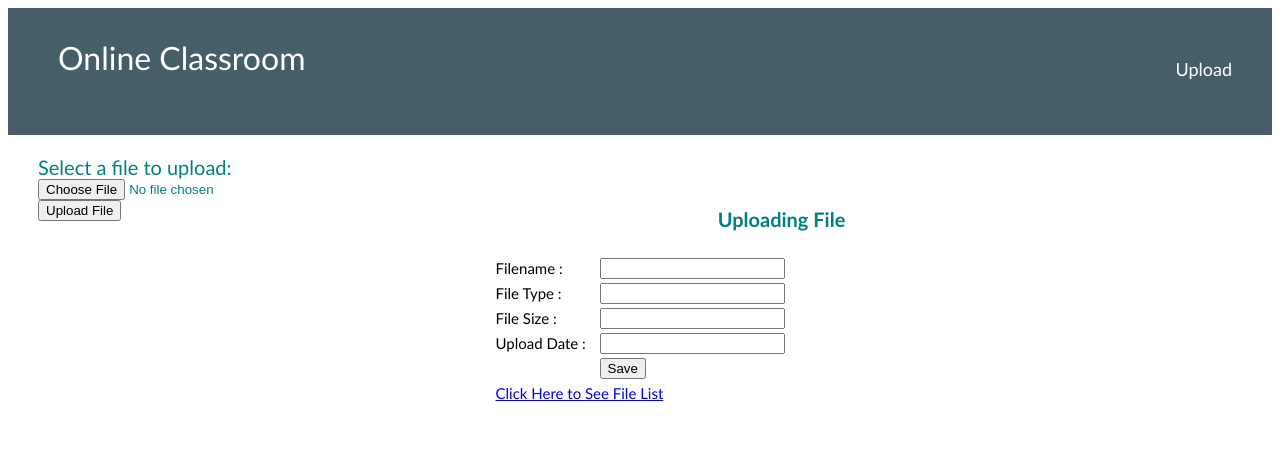
Repository: cs192-s2-2013/coffee
Page: http://localhost/BCOnlineClassroom/WEB-INF/jsp/upload.jsp
These files come from the project's save history. The page is drawn as it stood at one moment and after the next save; the edit follows.
The browser window is 1280 px wide. The pictures show the whole page.
The page is served by Tomcat 9. Nobody is signed in. The template is opened directly, without the code that normally fills it, so the values that code supplies are empty.

Above is the page before, as saved 2014-03-01 01:33:16.

After the next save:
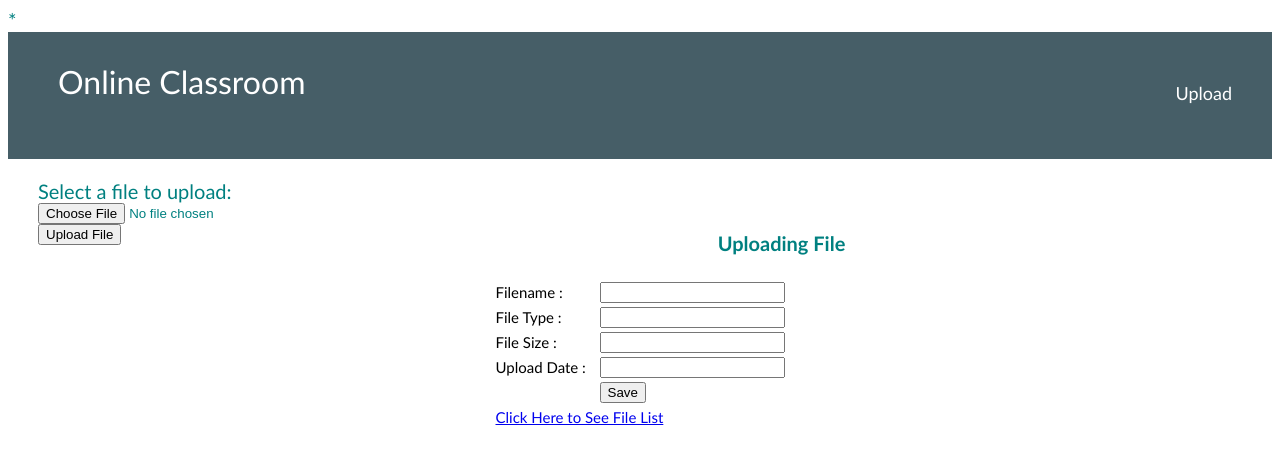
Saved 7 min 11 s later.
--- a/BCOnlineClassroom/WebContent/WEB-INF/jsp/upload.jsp
+++ b/BCOnlineClassroom/WebContent/WEB-INF/jsp/upload.jsp
@@ -1,16 +1,15 @@
 <!--  Edit starts here -->
-<%@ taglib uri="http://www.springframework.org/tags/form" prefix="form"%>
+<%@ taglib uri="http://www.springframework.org/tags/form" prefix="form"%> *
 <!--  Edit ends here -->
+
 <%@ taglib uri="http://java.sun.com/jsp/jstl/core" prefix="c" %>
 <%@ page session="false" %>
-
-<!--  Edit starts here -->
-<!--  Edit ends here -->
 
 <html>
 <head>
 <meta http-equiv="Content-Type" content="text/html; charset=UTF-8">
 <title>Upload</title>
+
 <!--  Edit starts here -->
 <style>
 body {
@@ -36,6 +35,7 @@ td {
 }
 </style>
 <!--  Edit ends here -->
+
 </head>
 <body>
 <div id="titlebox" style="background-color:#465e67; height:18%; margin-top:none;">
@@ -91,5 +91,6 @@ Select a file to upload: <br />
 		</div>
 	</center>
 <!-- Edit ends here -->
+
 </body>
 </html>
